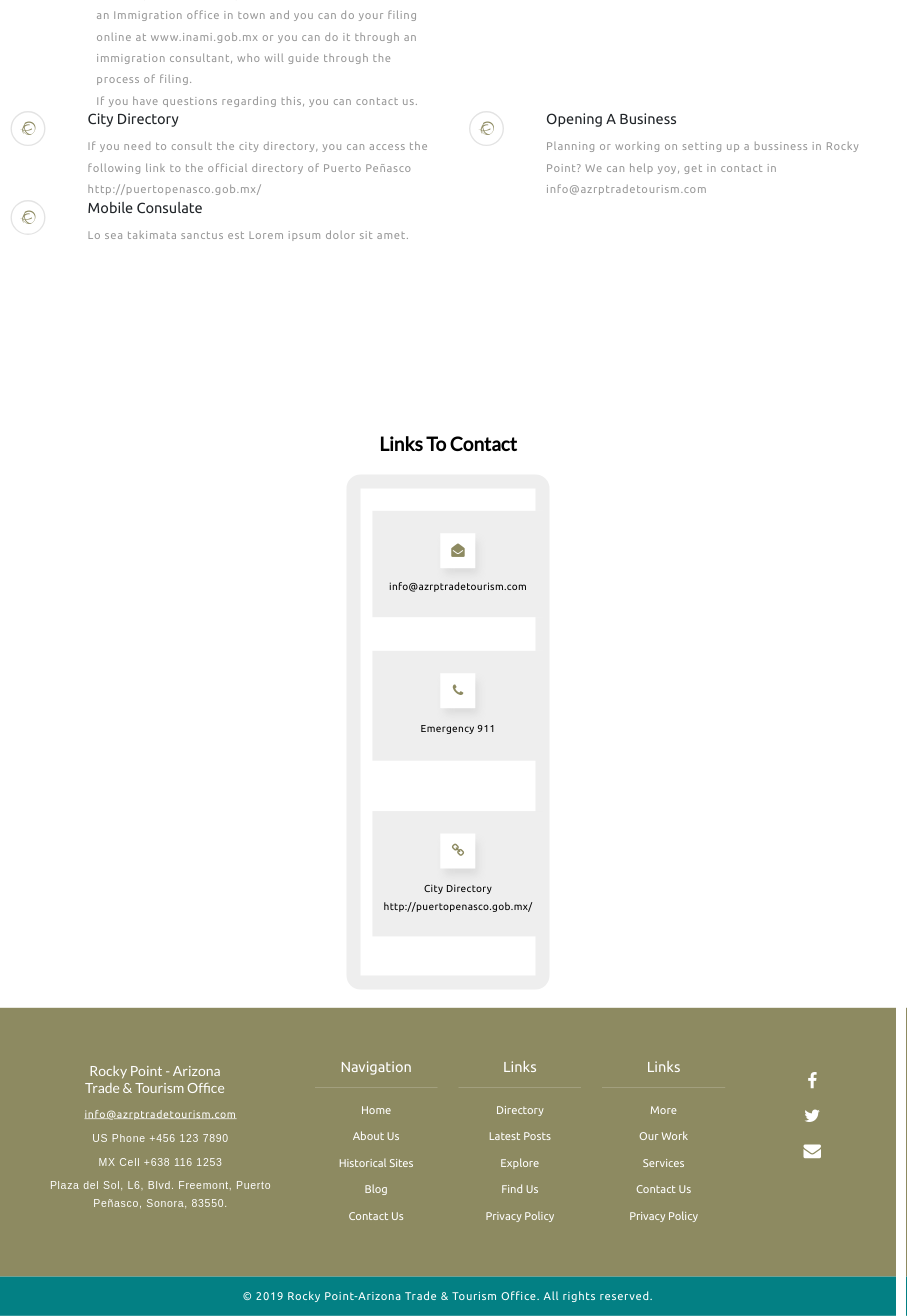
Repository: cynthiarm/Turismo
Page: services.html
These files come from the project's save history. The page is drawn as it stood at one moment and after the next save; the edit follows.
The browser window is 1280 px wide. The page is 1295 px wide, so the pictures cover 1295 px, including what lies to the right of the window. The pictures show the part of the page from y = 984 to 2864 px (the page is 2864 px tall before and 2760 px after), at 70% of full size.

Above is the page before, as saved 2019-05-19 14:32:11.

After the next save:
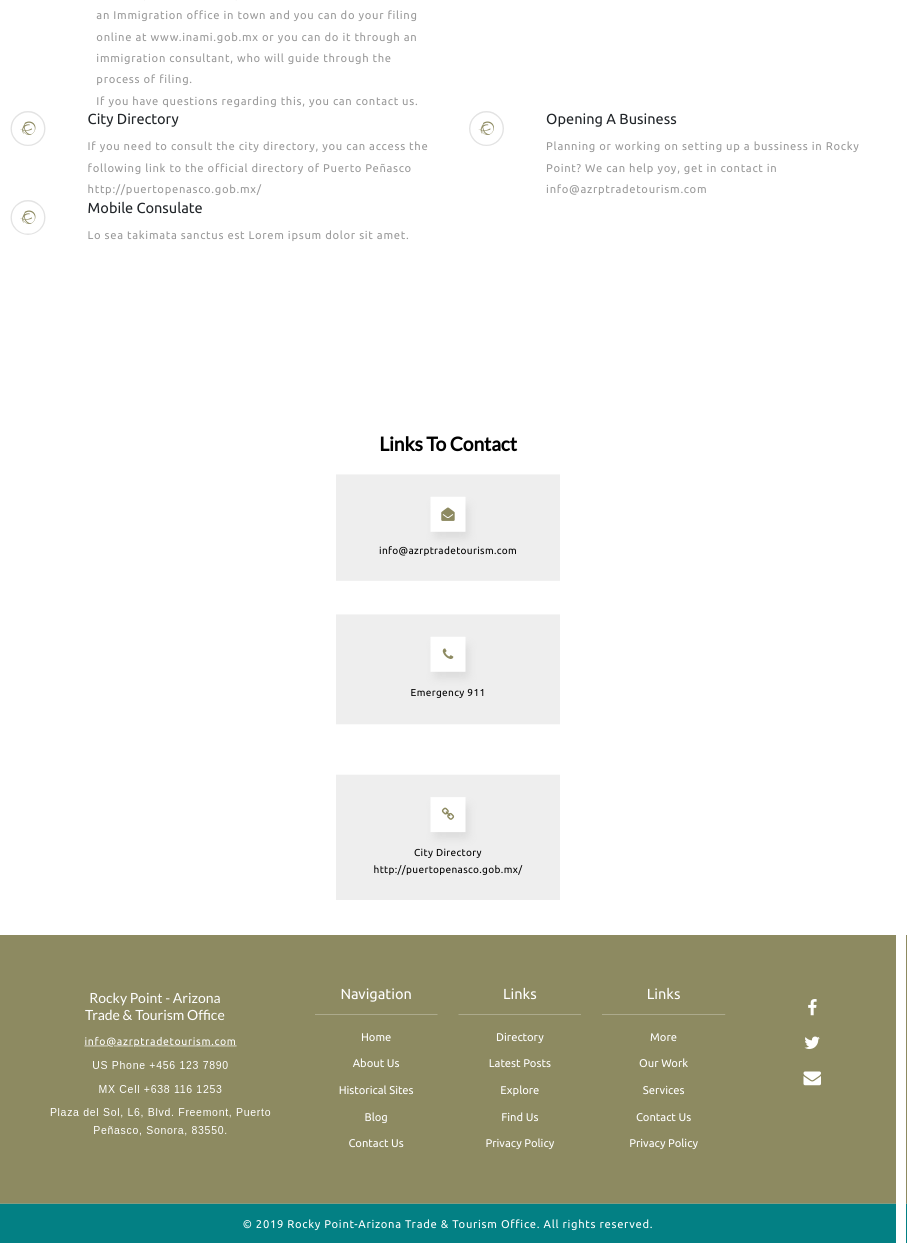
Saved 36 s later.
--- a/services.html
+++ b/services.html
@@ -249,7 +249,7 @@
 <section class="contact-moa-tem align-amum-mk row" id="contact"></section>
     <div class="col-lg-3 text-center mx-auto">
         <h5 class="cont-form">Links to contact</h5>
-        <div class="contact-form-moa-temlayouts">
+        <div class="">
         <div class="row flex-column">
             <div class="contact-amum-mk">
                 <span class="fa fa-envelope-open  mb-3"></span>
